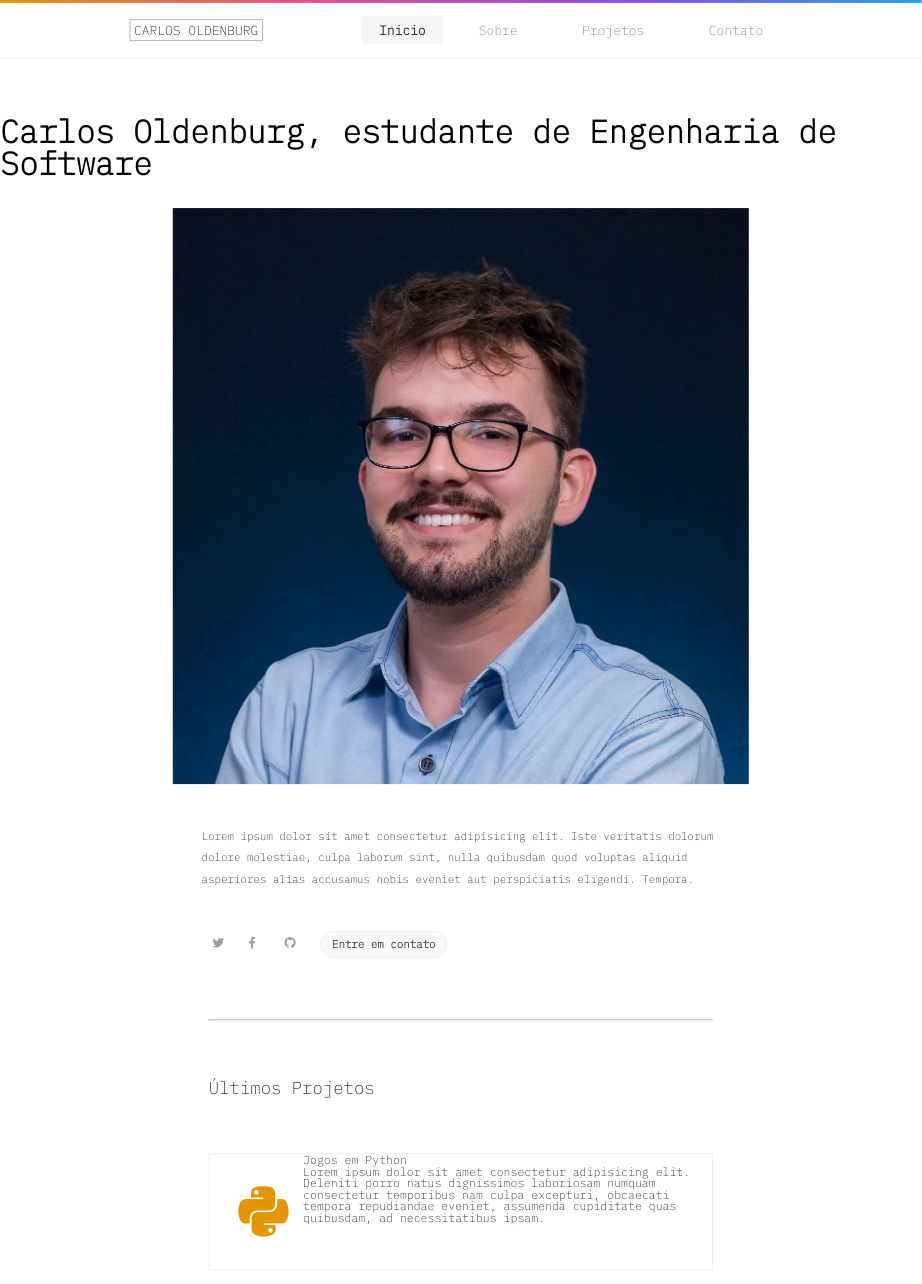
Repository: Carolden/PortfolioCrie
Page: index.html
An editor plug-in stored every save of this project. The page is shown before and after the next save, followed by the edit.
The browser window is 1280 px wide. The pictures show the whole page, at 72% of full size.

Above is the page before, as saved 2023-05-23 10:01:46.

### index.html
<!DOCTYPE html>
<html lang="pt-BR">
<head>
    <meta charset="UTF-8">
    <meta http-equiv="X-UA-Compatible" content="IE=edge">
    <meta name="viewport" content="width=device-width, initial-scale=1.0">
    <title>Carlos Eduardo Oldenburg</title>

    <link rel="stylesheet" href="styles/base/reset.css">
    <link rel="stylesheet" href="styles/base/body.css">
    <link rel="stylesheet" href="styles/layout/container.css">
    <link rel="stylesheet" href="styles/layout/header.css">
    <link rel="stylesheet" href="styles/layout/index__section.css">
    <link rel="stylesheet" href="styles/components/header__a.css">
    <link rel="stylesheet" href="styles/components/header__nav.css">
    <link rel="stylesheet" href="styles/components/hr.css">
    <link rel="stylesheet" href="styles/components/name__box.css">
    <link rel="stylesheet" href="styles/components/project index.css">
    <link rel="stylesheet" href="styles/components/section__contact.css">
    <link rel="stylesheet" href="styles/components/section__image.css">
    <link rel="stylesheet" href="styles/components/section__p.css">
    <link rel="stylesheet" href="styles/components/section__title.css">

    <link rel="preconnect" href="https://fonts.googleapis.com">
    <link rel="preconnect" href="https://fonts.gstatic.com" crossorigin>
    <link href="https://fonts.googleapis.com/css2?family=IBM+Plex+Mono:wght@200&family=Open+Sans:wght@800&display=swap" rel="stylesheet">
    <link rel="stylesheet" href="https://cdnjs.cloudflare.com/ajax/libs/font-awesome/6.4.0/css/all.min.css">



</head>
<body>

    <header class="header">

        <div class="name__container">
            <h2 class="name__box">CARLOS OLDENBURG</h2>
        </div>

        <nav class="header__nav">
            <a href="#" class="header__a active">Inicio</a>
            <a href="#" class="header__a"> Sobre</a>
            <a href="#" class="header__a">Projetos</a>
            <a href="#" class="header__a">Contato</a>
        </nav>

    </header>

    <section class="index__section">

        <span>
            <h1 class="section__title">Carlos Oldenburg, estudante de Engenharia de Software</h1>
        </span>

        <div>
            <img src="images/imagem.jpeg" alt="foto" class="section__image">
        </div>

        <span class="section__p">
            <p>Lorem ipsum dolor sit amet consectetur adipisicing elit. Iste veritatis dolorum dolore molestiae, culpa laborum sint, nulla quibusdam quod voluptas aliquid asperiores alias accusamus nobis eveniet aut perspiciatis eligendi. Tempora.</p>
        </span>



    </section>

    <div class="section__contact">
        <i class="fa-brands fa-twitter contact__icon"></i>
        <i class="fa-brands fa-facebook-f contact__icon"></i>
        <i class="fa-brands fa-github contact__icon"></i>
        <a href="#" class="contact__button">Entre em contato</a>
    </div>

    <hr class="hr">

    <section class="last__projects">
        <h2 class="h2 container">Últimos Projetos</h2>

        <div class="project__index">

            <i class="fa-brands fa-python python"></i>

            <div>

                <h3 class="h3">Jogos em Python</h3>
                <p>Lorem ipsum dolor sit amet consectetur adipisicing elit. Deleniti porro natus dignissimos laboriosam numquam consectetur temporibus nam culpa excepturi, obcaecati tempora repudiandae eveniet, assumenda cupiditate quas quibusdam, ad necessitatibus ipsam.</p>

            </div>

        </div>
    </section>









</body>
</html>

### styles/base/body.css
body {
    font-family: 'IBM Plex Mono', monospace;
}

### styles/layout/container.css
.container {
    padding: 0 290px 0 290px;
}

### styles/layout/header.css
.header {
    display: flex;
    justify-content: space-between;
    height: 80px;
    width: 100%;
    left: 0px;
    top: 4px;
    border-radius: 0px;
    box-sizing: border-box;
    /* position: absolute; */
    align-items: center;
    border-top: 4px;
    border-image: linear-gradient(to right, #E39600, #EA4C89, #8F48EB, #1DA1F2) 1;
    border-style: solid;
}

### styles/layout/index__section.css
.index__section {
    display: flex;
    flex-direction: column;
    align-items: center;
    border-top: 1px solid #EAEAEA;
    padding: 80px 0 50px 0;
}

### styles/components/header__a.css
.header__a {
    padding: 40px;
    text-decoration: none;
    color: #6C6C6C;
    font-size: 18px;
}

.active {
    color: #242424;
    font-weight: 600;
    background: #F6F6F6;
    border-radius: 4px;
    padding: 8px 24px;
}

### styles/components/header__nav.css
.header__nav {
    margin-right: 180px;
}

### styles/components/hr.css
.hr {
    margin: 80px 290px 80px 290px;
    color: #EAEAEA;
}

### styles/components/name__box.css
.name__box {
    border: 1px solid #9D9D9D;
    padding: 5px;
    margin-left: 180px;
    font-size: 18px;
}

### styles/components/project index.css
.h2 {
    padding-bottom: 80px;
    font-size: 24px;
}

.project__index {
    border: 1px solid #EAEAEA;
    margin: 0 290px 20px 290px;
    display: flex;
}

.python {
    font-size: 80px;
    padding: 40px 20px 40px 40px;
    color: #E39600;
}

### styles/components/section__contact.css
.section__contact {
    display: flex;
    margin: 0 280px 0 280px;
    align-items: center;
}

.contact__icon {
    padding: 15px;
    width: 20px;
    height: 20px;
    color: #9D9D9D;
}

.contact__button {
    text-decoration: none;
    padding-left: 15px;
    color: #363636;
    font-weight: 600;
    font-size: 15px;
    border: 1px solid #EAEAEA;
    border-radius: 20px;
    background: #FAFAFA;
    padding: 10px 15px;
    margin-left: 15px;
}

### styles/components/section__image.css
.section__image {
    width: 800px;
    height: 800px;
    padding: 40px 0 55px 0;

}

### styles/components/section__p.css
.section__p {
    font-size: 15px;
    font-weight: 400;
    line-height: 30px;
    letter-spacing: 0em;
    text-align: left;
    margin: 0 280px 0 280px;
}

### styles/components/section__title.css
.section__title {
    font-size: 44px;
    font-weight: 600;
}

Loaded but not shown: styles/base/reset.css (common file)

After the next save:
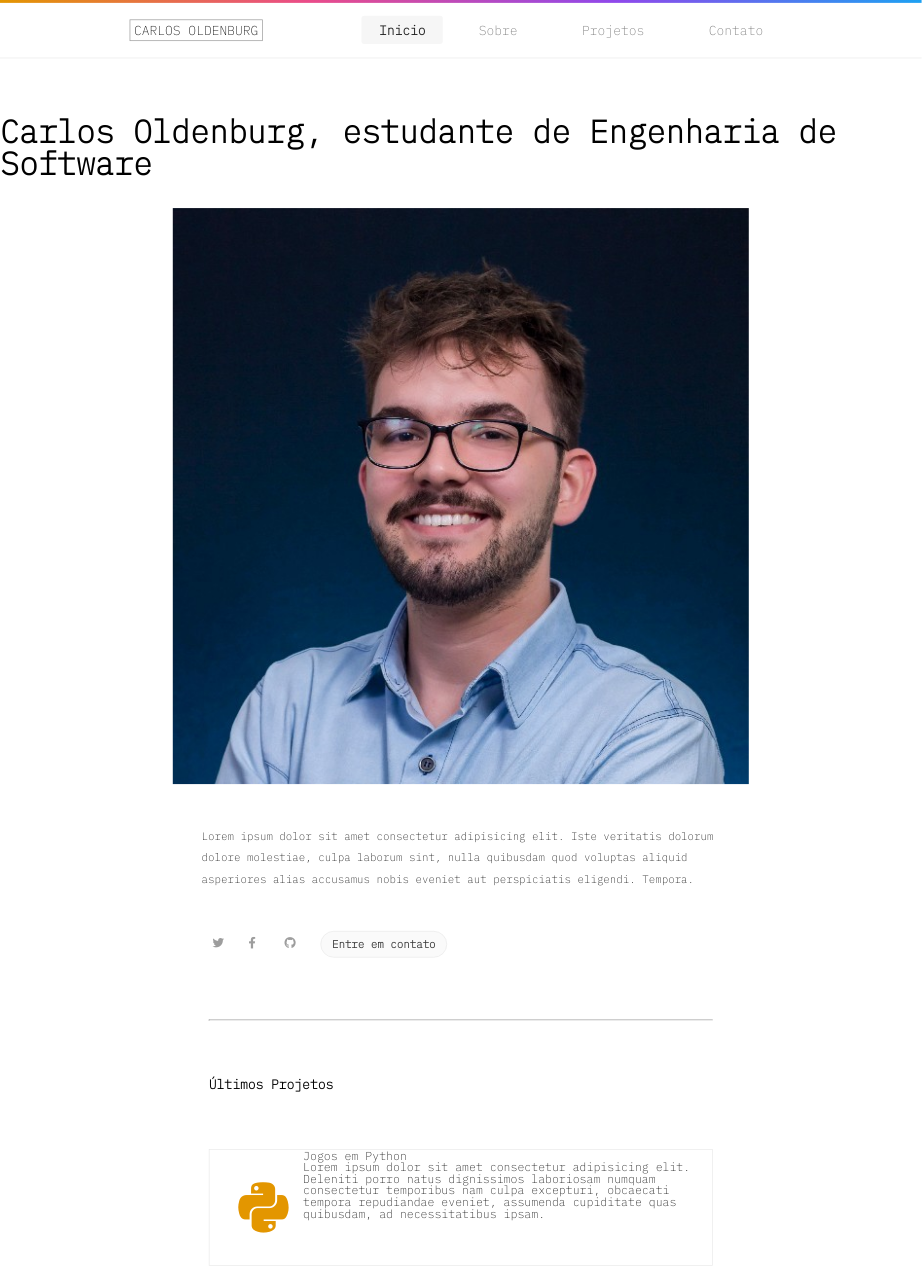
Saved 43 s later.
--- a/styles/components/project index.css
+++ b/styles/components/project index.css
@@ -1,6 +1,8 @@
 .h2 {
     padding-bottom: 80px;
     font-size: 24px;
+    font-size: 18px;
+    font-weight: 600;
 }
 
 .project__index {
